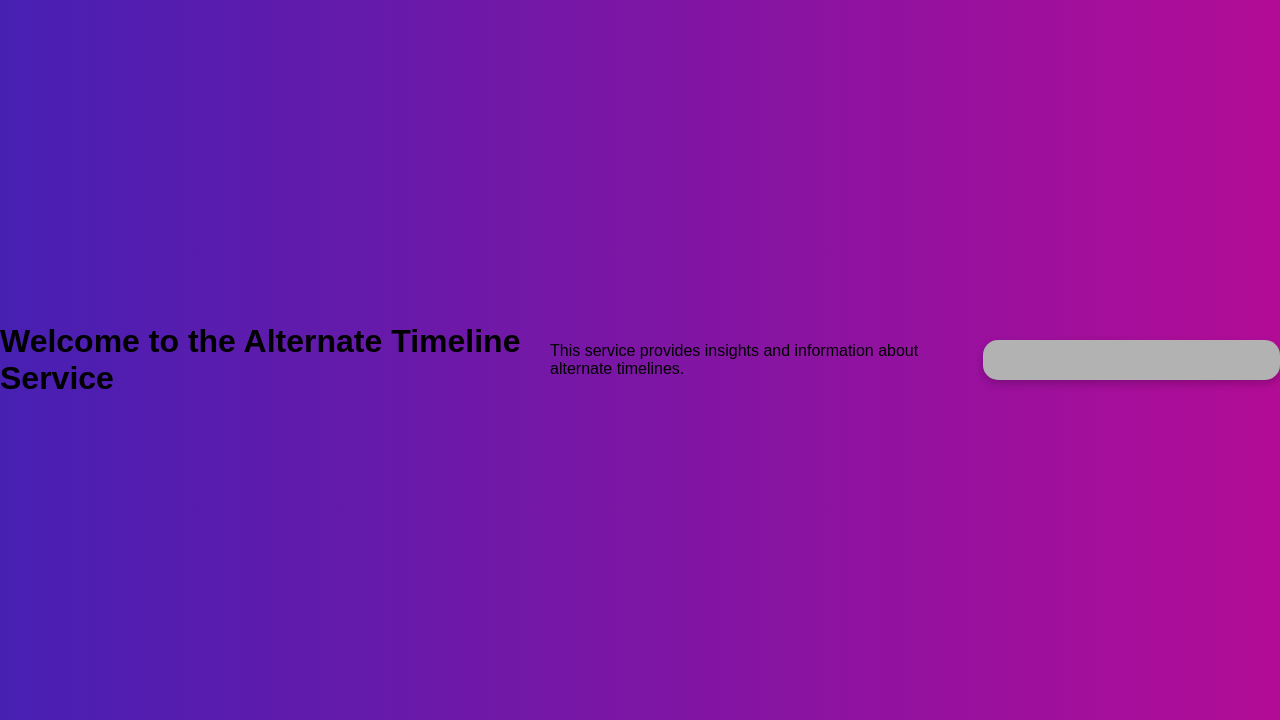
Repository: JovKun/DecisionCraft
Page: service/index.html
An editor plug-in stored every save of this project. The page is shown before and after a run of saves, followed by the edit.
The browser window is 1280 px wide. The pictures show the whole page.

Above is the page before, as saved 2026-01-31 12:40:42.
Not found: service/script.js

After the next 3 saves:
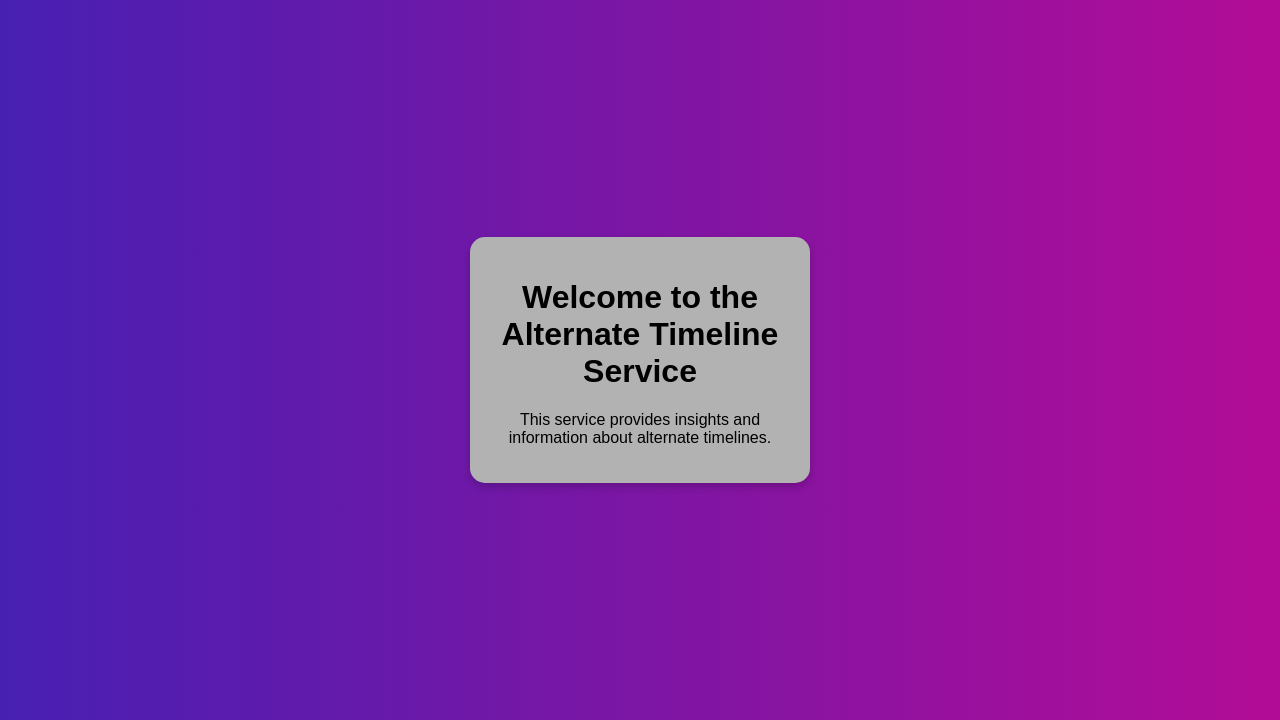
The 3 saves are shown as one change because they came seconds apart.
The last was saved 29 s later.
--- a/service/index.html
+++ b/service/index.html
@@ -7,11 +7,9 @@
     <link rel="stylesheet" href="style.css">
 </head>
 <body>
-    <h1>Welcome to the Alternate Timeline Service</h1>
-    <p>This service provides insights and information about alternate timelines.</p>
-
     <div id="timeline-container" class="container">
-        <!-- Timeline information will be dynamically loaded here -->
+        <h1>Welcome to the Alternate Timeline Service</h1>
+        <p>This service provides insights and information about alternate timelines.</p>
     </div>
 
     <script src="script.js"></script>
